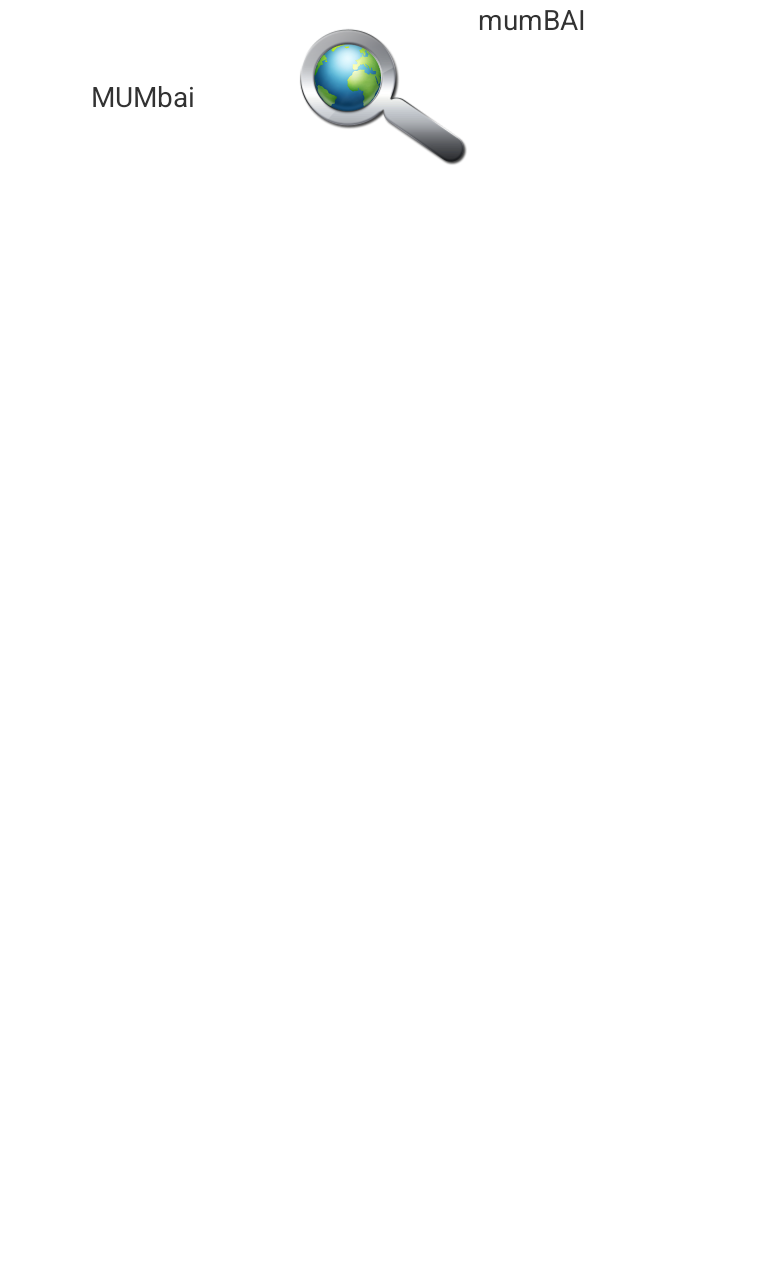
Repository: sandeshshetty/TravelZeus
Layout: TravelZeus/res/layout/fragment_breif_info.xml
These files come from the project's save history. The layout is drawn as it stood at one moment and after the next save; the edit follows.
It is drawn on a 768 x 1280 px phone screen (xhdpi) without system bars, with theme AppTheme; the app's code is not run.

Above is the layout before, as saved 2015-05-16 13:51:56.

### TravelZeus/res/layout/fragment_breif_info.xml
<?xml version="1.0" encoding="utf-8"?>
<LinearLayout xmlns:android="http://schemas.android.com/apk/res/android"
    android:layout_width="match_parent"
    android:layout_height="match_parent"
    android:orientation="vertical" >

    <LinearLayout
        android:layout_width="match_parent"
        android:layout_height="wrap_content"
        android:gravity="center"
        android:orientation="horizontal" >

        <TextView
            android:id="@+id/briefFrom"
            android:layout_width="wrap_content"
            android:layout_height="match_parent"
            android:gravity="center"
            android:layout_weight="0.50"
            android:text="MUMbai" />

        <ImageView
            android:id="@+id/briefMode"
            android:layout_width="wrap_content"
            android:layout_height="match_parent"
            android:layout_gravity="center"
            android:src="@drawable/ic_launcher" />

        <TextView
            android:id="@+id/briefTo"
            android:layout_width="wrap_content"
            android:layout_height="match_parent"
            android:layout_weight="0.50"
            android:maxLength="@integer/brief_length"
            android:text="mumBAI"
            android:textSize="14sp" />

    </LinearLayout>

</LinearLayout>

### TravelZeus/res/values/integers.xml
<?xml version="1.0" encoding="utf-8"?>
<resources>
    <integer name="brief_length">15</integer>
</resources>

Loaded but not shown: TravelZeus/res/values/styles.xml (common file); TravelZeus/res/values-v11/styles.xml (common file); TravelZeus/res/values-v14/styles.xml (common file)

After the next save:
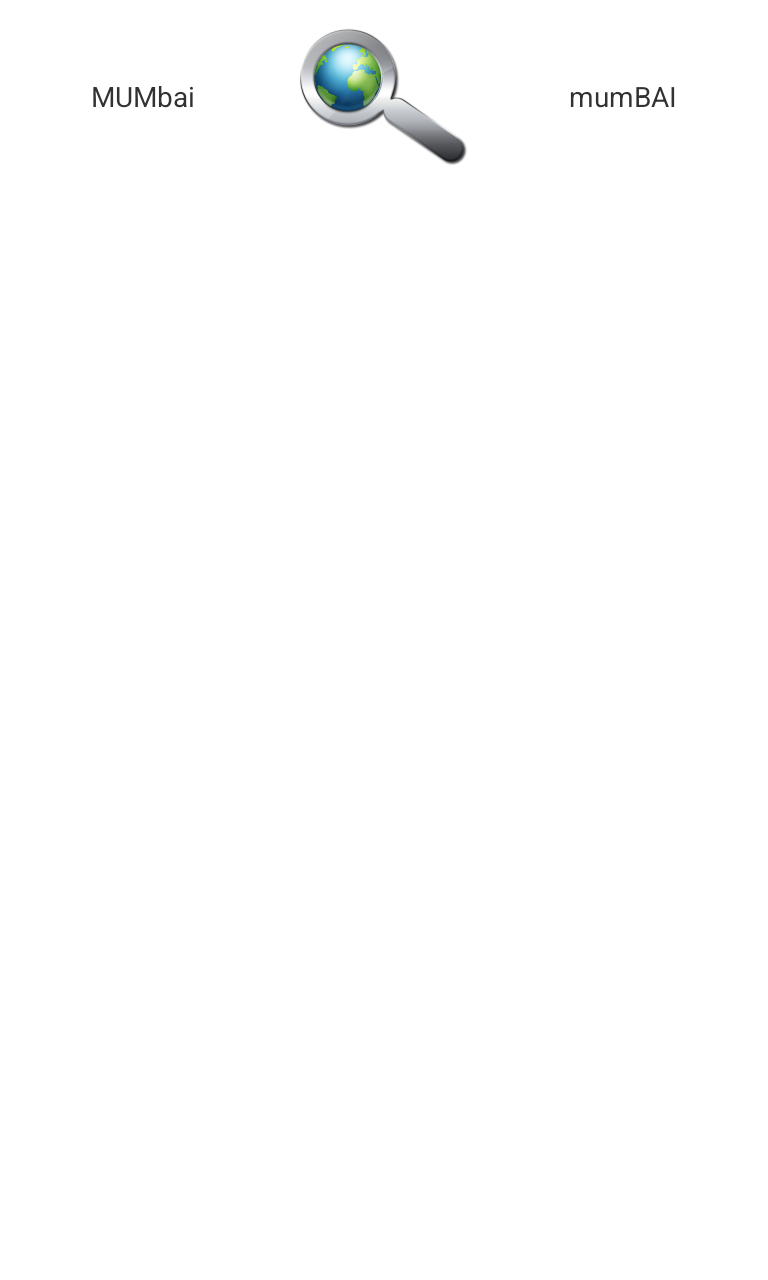
Saved 98 s later.
--- a/TravelZeus/res/layout/fragment_breif_info.xml
+++ b/TravelZeus/res/layout/fragment_breif_info.xml
@@ -16,7 +16,9 @@
             android:layout_height="match_parent"
             android:gravity="center"
             android:layout_weight="0.50"
-            android:text="MUMbai" />
+            android:maxLength="@integer/brief_length"
+            android:text="MUMbai"
+            android:textSize="14sp" />
 
         <ImageView
             android:id="@+id/briefMode"
@@ -29,6 +31,7 @@
             android:id="@+id/briefTo"
             android:layout_width="wrap_content"
             android:layout_height="match_parent"
+            android:gravity="center"
             android:layout_weight="0.50"
             android:maxLength="@integer/brief_length"
             android:text="mumBAI"
